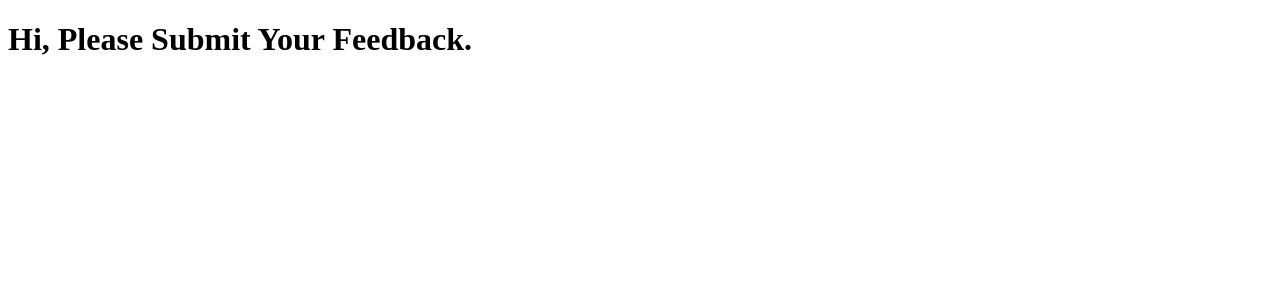
Repository: anik3395/JavaServletProjects
Page: eclipse-workspace/FeedbackCollectionSystem/src/main/webapp/feedback_form.html
These files come from the project's save history. The page is drawn as it stood at one moment and after the next save; the edit follows.
The browser window is 1280 px wide. The pictures show the whole page.

Above is the page before, as saved 2024-10-23 05:43:31.

### eclipse-workspace/FeedbackCollectionSystem/src/main/webapp/feedback_form.html
<!DOCTYPE html>
<html>
<head>
<meta charset="UTF-8">
<title>Submit Your Feedback</title>
</head>
<body>
<h1>Hi, Please Submit Your Feedback.</h1>
</body>
</html>

After the next save:
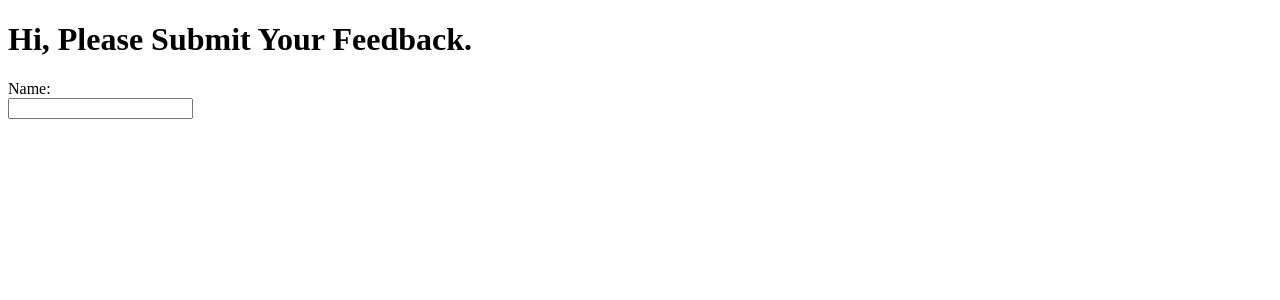
Saved 7 min 47 s later.
--- a/eclipse-workspace/FeedbackCollectionSystem/src/main/webapp/feedback_form.html
+++ b/eclipse-workspace/FeedbackCollectionSystem/src/main/webapp/feedback_form.html
@@ -6,5 +6,13 @@
 </head>
 <body>
 <h1>Hi, Please Submit Your Feedback.</h1>
+
+<form action="submitFeedback" method="post">
+
+<label for="name" >Name:</label><br>
+<input type="text" name="name" required><br><br>
+
+</form>
+
 </body>
 </html>
